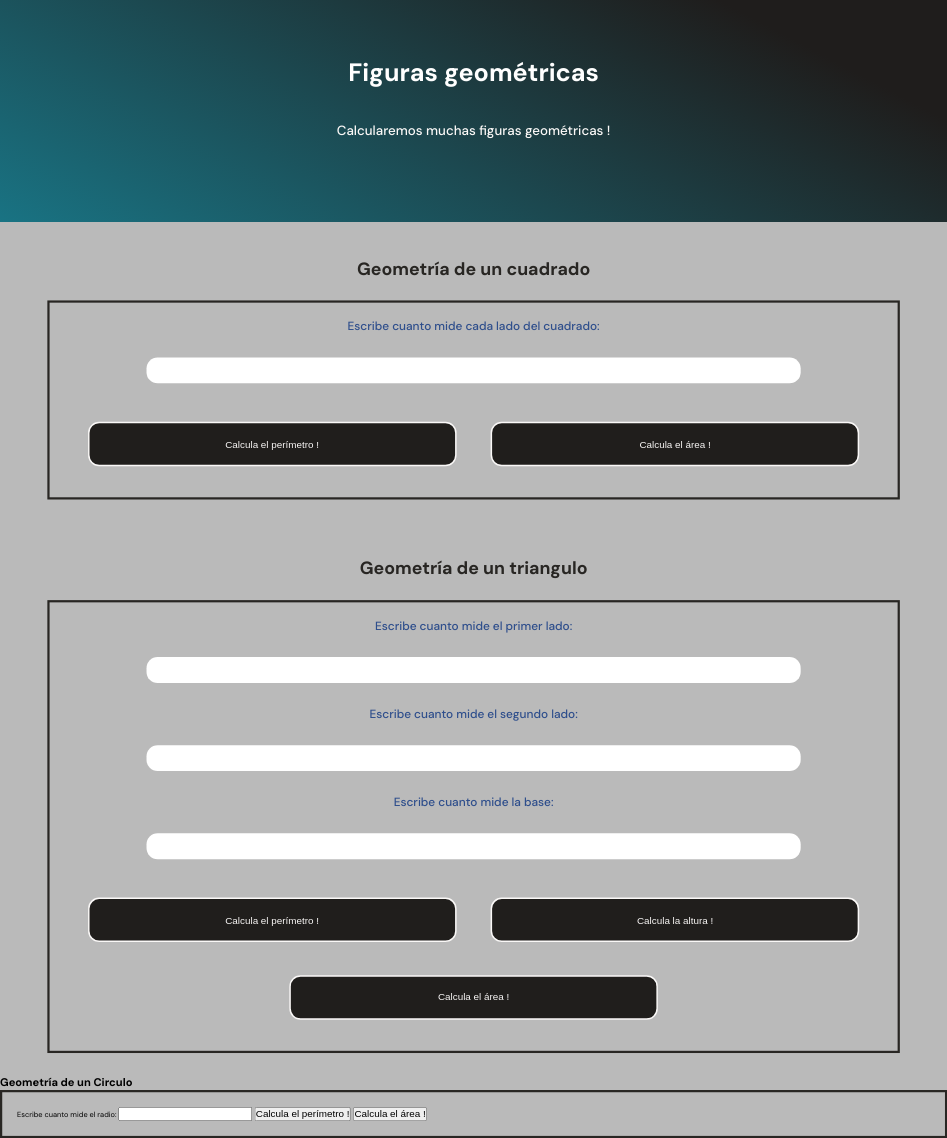
Repository: ChristianGecchelin/javascript-project
Page: javascript-project/figuras-geometricas/figuras.html
These files come from the project's save history. The page is drawn as it stood at one moment and after the next save; the edit follows.
The browser window is 1280 px wide. The pictures show the whole page, at 74% of full size.

Above is the page before, as saved 2021-12-02 00:35:34.

### javascript-project/figuras-geometricas/figuras.html
<!DOCTYPE html>
<html lang="en">
  <head>
    <meta charset="UTF-8" />
    <meta http-equiv="X-UA-Compatible" content="IE=edge" />
    <meta name="viewport" content="width=device-width, initial-scale=1.0" />
    <title>Figuras geométricas | Proyecto 1</title>
    <link rel="preconnect" href="https://fonts.googleapis.com" />
    <link rel="preconnect" href="https://fonts.gstatic.com" crossorigin />
    <link
      href="https://fonts.googleapis.com/css2?family=DM+Sans:wght@400;500;700&family=Inter:wght@300;500&display=swap"
      rel="stylesheet"
    />
    <link rel="stylesheet" href="./style.css" />
  </head>
  <body>
    <header>
      <div class="header--title-container">
        <h1>Figuras geométricas</h1>
        <p>Calcularemos muchas figuras geométricas !</p>
      </div>
    </header>
    <main>
      <section class="main-calculadora-contenedor">
        <h2 class="main-calculadora-contenedor--title">
          Geometría de un cuadrado
        </h2>
        <div class="main-calculadora-form-contenedor">
          <form action="">
            <label class="form--label-input" for=""
              >Escribe cuanto mide cada lado del cuadrado:</label
            >
            <input class="form--input" type="number" id="inputCuadrado" />
            <button
              class="form--input-boton"
              type="button"
              onclick="calcularPerimetroCuadrado()"
            >
              Calcula el perímetro !
            </button>
            <button
              class="form--input-boton"
              type="button"
              onclick="calcularAreaCuadrado()"
            >
              Calcula el área !
            </button>
            <!-- type button, para quitarle el submit por defecto y que no me redireccione a ningun lado -->
          </form>
        </div>
      </section>
      <section class="main-calculadora-contenedor">
        <h2 class="main-calculadora-contenedor--title">
          Geometría de un triangulo
        </h2>
        <div class="main-calculadora-form-contenedor">
          <form action="">
            <label class="form--label-input" for=""
              >Escribe cuanto mide el primer lado:</label
            >
            <input class="form--input" type="number" id="inputLado1" />
            <label class="form--label-input" for=""
              >Escribe cuanto mide el segundo lado:</label
            >
            <input class="form--input" type="number" id="inputLado2" />
            <label class="form--label-input" for=""
              >Escribe cuanto mide la base:</label
            >
            <input class="form--input" type="number" id="inputBase" />
            <button
              class="form--input-boton"
              type="button"
              onclick="calcularPerimetroTriangulo()"
            >
              Calcula el perímetro !
            </button>
            <button
              class="form--input-boton"
              type="button"
              onclick="calcularAlturaTriangulo()"
            >
              Calcula la altura !
            </button>
            <button
              class="form--input-boton"
              type="button"
              onclick="calcularAreaTriangulo()"
            >
              Calcula el área !
            </button>
            <!-- type button, para quitarle el submit por defecto y que no me redireccione a ningun lado -->
          </form>
        </div>
      </section>
      <section>
        <h2>Geometría de un Circulo</h2>
        <div class="main-calculadora-form-contenedor">
          <form action="">
            <label for="">Escribe cuanto mide el radio:</label>
            <input type="number" id="inputRadio" />
            <button type="button" onclick="calcularPerimetroCirculo()">
              Calcula el perímetro !
            </button>
            <button type="button" onclick="calcularAreaCirculo()">
              Calcula el área !
            </button>
            <!-- type button, para quitarle el submit por defecto y que no me redireccione a ningun lado -->
          </form>
        </div>
      </section>
    </main>
    <script src="./figurasConFunciones.js"></script>
  </body>
</html>

### javascript-project/figuras-geometricas/style.css
:root {
  --Dark-lightblue: #197383;
  --soft-orange: #ffe9d5;
  --secondary-blue: #1a9af7;
  --soft-blue: #e7f5ff;
  --warm-black: #201e1c;
  --black: #282623;
  --grey: #bababa;
  --off-white: #faf8f7;
  --just-white: #fff;
}
* {
  box-sizing: border-box;
  margin: 0;
  padding: 0;
}
html {
  font-size: 62.5%;
  font-family: "DM Sans", sans-serif;
}
header {
  position: relative;
  display: flex;
  flex-direction: column;
  justify-content: center;
  width: 100%;
  min-width: 320px;
  height: 300px;
  text-align: center;
  background: linear-gradient(207.8deg, #1f1d1c 16.69%, #197383 100%);
}
header .header--title-container {
  width: 90%;
  min-width: 288px;
  max-width: 900px;
  height: 200px;
  text-align: center;
  align-self: center;
}
header .header--title-container h1 {
  margin-top: 30px;
  margin-bottom: 50px;
  font-size: 3.4rem;
  font-weight: 700;
  line-height: 3.6rem;
  color: var(--just-white);
}
header .header--title-container p {
  font-size: 1.8rem;
  font-weight: 500;
  line-height: 2.2rem;
  color: var(--off-white);
}
main {
  width: 100%;
  height: auto;
  background-color: var(--grey);
  min-width: 320px;
}
.main-calculadora-contenedor {
  width: 90%;
  min-width: 280px;
  height: auto;
  margin: 0 auto;
  padding-top: 50px;
  padding-bottom: 30px;
  text-align: center;
}
.main-calculadora-contenedor--title {
  margin-bottom: 30px;
  font-size: 2.4rem;
  font-weight: 700;
  line-height: 2.6rem;
  color: var(--black);
}
.main-calculadora-form-contenedor {
  display: flex;
  flex-direction: column;
  justify-content: center;
  height: auto;
  border: 3px solid var(--black);
  padding: 20px 20px;
}
.main-calculadora-form-contenedor .form--label-input {
  display: block;
  font-size: 1.6rem;
  font-weight: 500;
  line-height: 2.4rem;
  color: rgba(34, 68, 136, 0.92);
}
.main-calculadora-form-contenedor .form--input {
  display: block;
  width: 80%;
  height: 35px;
  margin: 30px auto;
  border: none;
  border-radius: 15px;
  text-align: center;
  font-size: 2rem;
  font-weight: 500;
}
.main-calculadora-form-contenedor .form--input:focus {
  border: 5px solid var(--Dark-lightblue);
  width: 85%;
  border-radius: 15px;
}
.main-calculadora-form-contenedor .form--input-boton {
  width: 45%;
  height: 60px;
  margin: 2%;
  padding: 5px 10px;
  border: 2px solid var(--off-white);
  border-radius: 15px;
  background-color: var(--warm-black);
  color: var(--off-white);
}

### javascript-project/figuras-geometricas/figurasConFunciones.js
/* Codigo del cuadrado */
console.group("Cuadrado");
function perimetroCuadrado(lado) {
  return lado * 4;
}
/* console.log(`Perimetro del cuadrado es: ${perimetroCuadrado} cm.`); */
function areaCuadrado(lado) {
  return (
    lado ** 2
  ); /* debe estar escrito de igual manera el parametro que el return */
}

/* console.log(`El area del cuadrado es: ${areaCuadrado} cm^2.`); */
console.groupEnd();

/* Codigo del triangulo */
console.group("Triangulo");

function perimetroTriangulo(lado1, lado2, base) {
  return lado1 + lado2 + base;
}
function calcularAltura(lado1, lado2, lado3) {
  let ladosIguales;
  let ladoBase;
  let altura;

  if (
    lado1 + lado2 <= lado3 ||
    lado1 + lado3 <= lado2 ||
    lado2 + lado3 <= lado1
  ) {
    alert(
      "En un triangulo la base no puede ser mayor a la suma de sus catetos"
    );
  } else {
    switch (true) {
      case lado1 === lado2:
        ladosIguales = lado1;
        ladoBase = lado3;
        break;
      case lado1 === lado3:
        ladosIguales = lado1;
        ladoBase = lado2;
        break;
      case lado3 === lado2:
        ladosIguales = lado2;
        ladoBase = lado1;
        break;
    }
    if (!ladosIguales) {
      alert("Tu triangulo no es isosceles, ingresa la altura");
    } else {
      altura = Math.sqrt(ladosIguales ** 2 - ladoBase ** 2 / 4);
    }
  }
  return ladosIguales, ladoBase, altura;
}
function areaTriangulo(ladoBase, altura) {
  return (
    (ladoBase * altura) / 2
  ); /* tengo que llamar a la funcion altura para pasarle el dato */
}
console.groupEnd();

//Codigo Circulo
console.group("Circulo");
function diametroCirculo(radio) {
  return radio * 2;
}
const pi = Math.PI;
function circunferencia(radio) {
  const diametro = diametroCirculo(radio);
  /* llamo a una funcion dentro de otra y creo una variable que tiene alcance local */
  return diametro * pi;
}
function superficieCirculo(radio) {
  return pi * radio ** 2;
}

console.groupEnd();
/* Creo una funcion, que a traves del id obtengo lo que el usuario ingreso en el input. y con eso le saco el value que le paso
a la funcion que cree antes y es la encargada de hacer el calculo para luego mostrarse en un aler */
function calcularPerimetroCuadrado() {
  const input = document.getElementById("inputCuadrado");
  const value = input.value;
  const perimetro = perimetroCuadrado(value);
  alert(perimetro);
}
function calcularAreaCuadrado() {
  const input = document.getElementById("inputCuadrado");
  const value = input.value;
  const area = areaCuadrado(value);
  alert(area);
}

function calcularPerimetroTriangulo() {
  const inputLado1 = document.getElementById("inputLado1");
  const valueLado1 = Number(inputLado1.value);
  const inputLado2 = document.getElementById("inputLado2");
  const valueLado2 = Number(inputLado2.value);
  const inputBase = document.getElementById("inputBase");
  const valueBase = Number(inputBase.value);
  /* Es importante ponerle number porque por mas que el input tenga type number, este lo transforma como un string */
  const perimetro = perimetroTriangulo(valueLado1, valueLado2, valueBase);
  alert(perimetro);
}

function calcularAlturaTriangulo() {
  const inputLado1 = document.getElementById("inputLado1");
  const valueLado1 = Number(inputLado1.value);
  const inputLado2 = document.getElementById("inputLado2");
  const valueLado2 = Number(inputLado2.value);
  const inputBase = document.getElementById("inputBase");
  const valueBase = Number(inputBase.value);
  const alturaTriangulo = calcularAltura(valueLado1, valueLado2, valueBase);
  alert(alturaTriangulo);
}

function calcularAreaTriangulo() {
  /* const inputAltura = document.getElementById("inputAltura");
  const valueAltura = Number(inputAltura.value);
  const inputBase = document.getElementById("inputBase");
  const valueBase = inputBase.value;
  const area = areaTriangulo(valueAltura, valueBase);
  alert(area); */
  const inputLado1 = document.getElementById("inputLado1");
  const valueLado1 = Number(inputLado1.value);
  const inputLado2 = document.getElementById("inputLado2");
  const valueLado2 = Number(inputLado2.value);
  const inputBase = document.getElementById("inputBase");
  const valueBase = Number(inputBase.value);
  const altura = calcularAltura(valueLado1, valueLado2, valueBase);
  const area = areaTriangulo(valueBase, altura);
  alert(area);
}

function calcularPerimetroCirculo() {
  const inputRadio = document.getElementById("inputRadio");
  const valueRadio = inputRadio.value;
  const perimetro = circunferencia(valueRadio);
  alert(perimetro);
}
function calcularAreaCirculo() {
  const inputRadio = document.getElementById("inputRadio");
  const valueRadio = inputRadio.value;
  const superficie = superficieCirculo(valueRadio);
  alert(superficie);
}

After the next save:
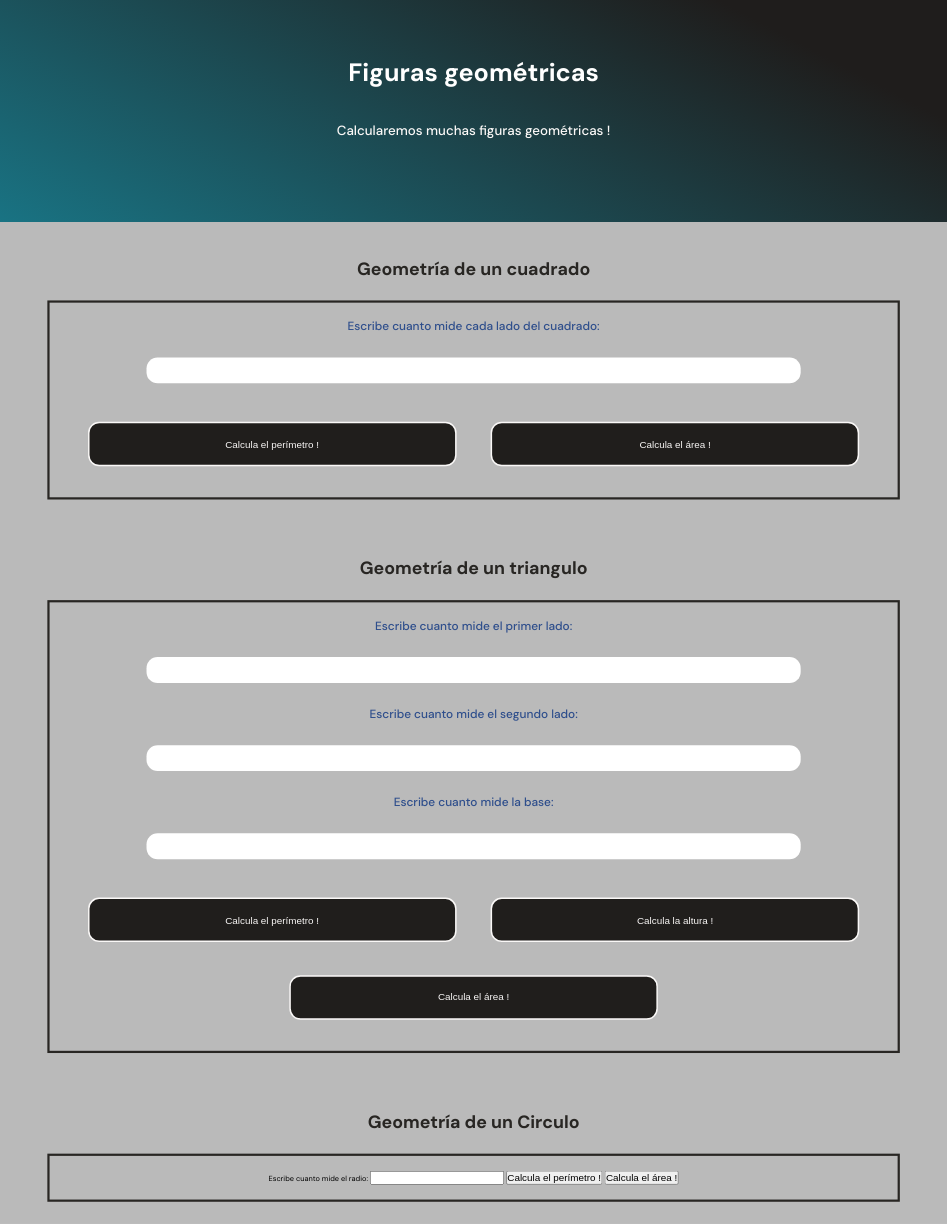
Saved 42 s later.
--- a/javascript-project/figuras-geometricas/figuras.html
+++ b/javascript-project/figuras-geometricas/figuras.html
@@ -92,8 +92,10 @@
           </form>
         </div>
       </section>
-      <section>
-        <h2>Geometría de un Circulo</h2>
+      <section class="main-calculadora-contenedor">
+        <h2 class="main-calculadora-contenedor--title">
+          Geometría de un Circulo
+        </h2>
         <div class="main-calculadora-form-contenedor">
           <form action="">
             <label for="">Escribe cuanto mide el radio:</label>
